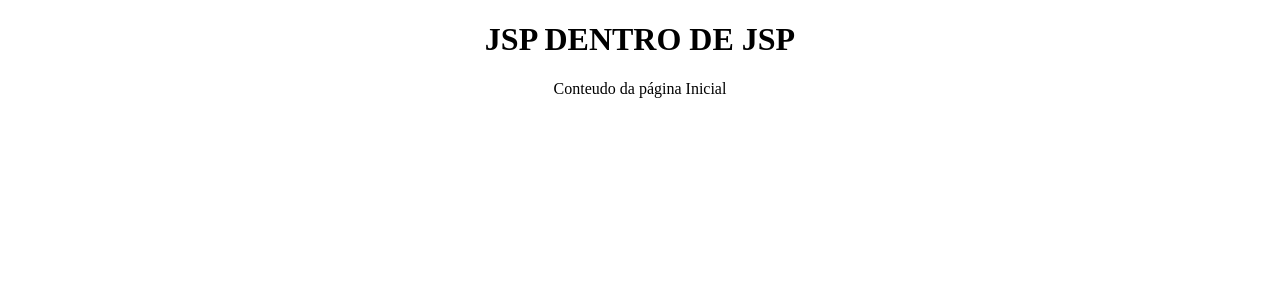
Repository: 740fernando/projeto-java-web-com-servlets-jsps
Page: http://localhost/JavaWeb/conteudo.jsp
An editor plug-in stored every save of this project. The page is shown before and after a run of saves, followed by the edit.
The browser window is 1280 px wide. The pictures show the whole page.
The page is served by Tomcat 9.

Above is the page before, as saved 2021-12-02 01:03:46.

After the next 2 saves:
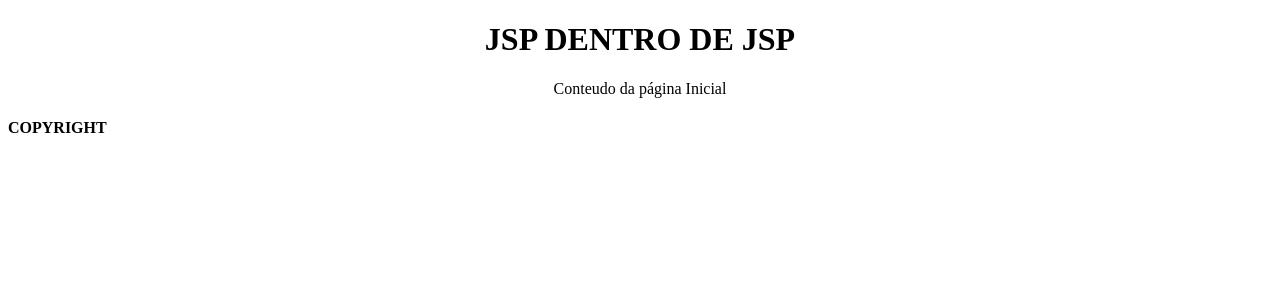
The 2 saves are shown as one change because 1 did not build or start.
The last was saved 4 min 45 s later.
--- a/JavaWeb/WebContent/conteudo.jsp
+++ b/JavaWeb/WebContent/conteudo.jsp
@@ -13,4 +13,8 @@
 		<CENTER>Conteudo da página Inicial</CENTER>
 
 	</body>
+	<footer>
+		<!-- outra forma -->
+		<jsp:include page="footer.jsp"/>
+	</footer>
 </html>
